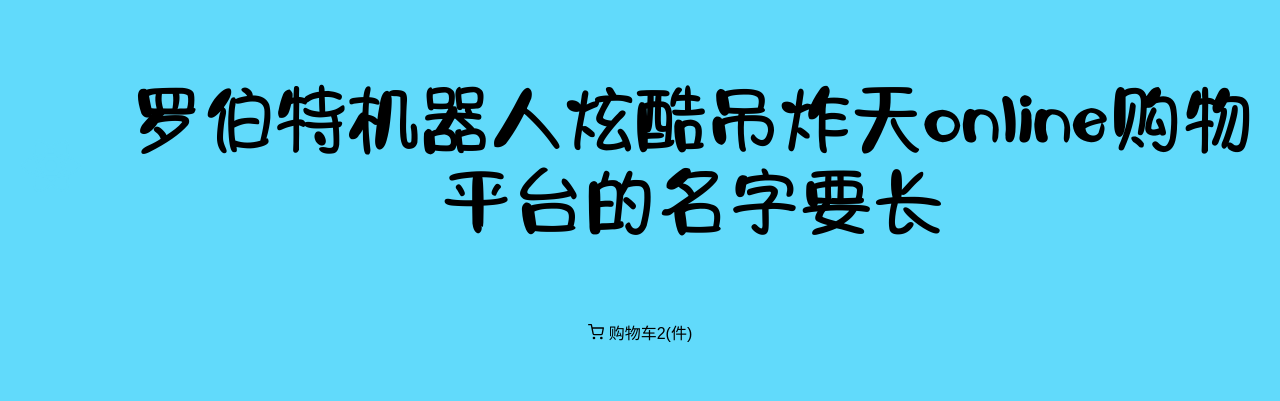
Repository: yurroCc/robot-react-class
Page: /
An editor plug-in stored every save of this project. The page is shown before and after a run of saves, followed by the edit.
The browser window is 1280 px wide. The pictures show the whole page.
The page's requests for data from a server got no answer. The project was rebuilt for these pictures with package versions that can differ from the ones it lists, and the page was loaded fresh each time. No one was signed in, and anything a server would have sent is missing. Also part of the build but not shown: src/components/Robot.module.css, src/components/robot.tsx.

Above is the page before, as saved 2022-07-06 20:43:36.

After the next 2 saves:
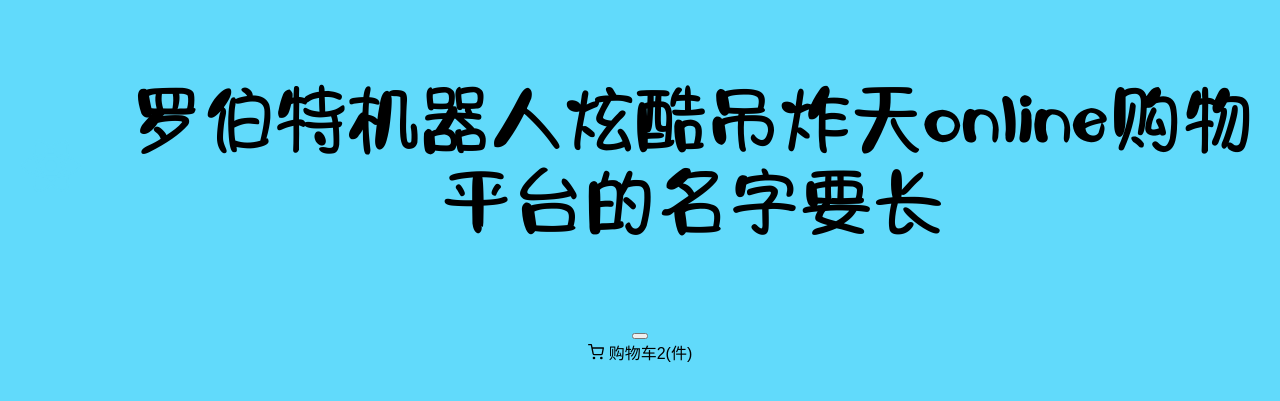
The 2 saves are shown as one change because they came seconds apart.
The last was saved 9 s later.
--- a/src/App.tsx
+++ b/src/App.tsx
@@ -35,6 +35,7 @@ class App extends React.Component<Props, State> {
                     <img src={logo} alt={logo}  className={styles.appLogo}/>
                     <h1>罗伯特机器人炫酷吊炸天online购物平台的名字要长</h1>
                 </div>
+                <button></button>
                 <ShoppingCart></ShoppingCart>
                 <div className={styles.robotList}>
                     {this.state.robotGallery.map(r => <Robot id={r.id} name={r.name} email={r.email} />)}
